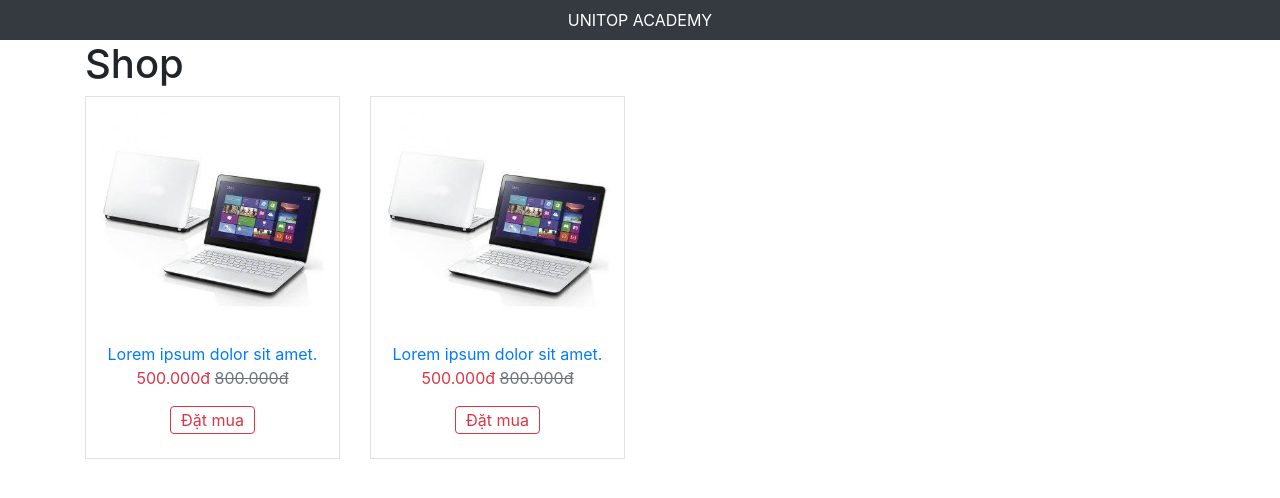
Repository: anhtu2110/front_end
Page: lesson/bootstrap/box/4.13.ex-box.html
These files come from the project's save history. The page is drawn as it stood at one moment and after the next save; the edit follows.
The browser window is 1280 px wide. The pictures show the whole page.

Above is the page before, as saved 2022-12-02 15:36:41.

### lesson/bootstrap/box/4.13.ex-box.html
<!DOCTYPE html>
<html lang="en">
  <head>
    <meta charset="UTF-8" />
    <meta http-equiv="X-UA-Compatible" content="IE=edge" />
    <meta name="viewport" content="width=device-width, initial-scale=1.0" />
    <link rel="stylesheet" href="./bootstrap/css/bootstrap.min.css" />
    <title>Hiển thị danh sách bài viết dạng lưới</title>
  </head>
  <body>
    <style>
      span.old_price {
        text-decoration: line-through;
      }
      button.ordered:hover {
        background: #dc3545 !important;
      }
      button.ordered:hover > a {
        color: white !important;
      }
    </style>
    <div id="wrapper">
      <div id="header" class="bg-dark">
        <div class="container">
          <div class="row">
            <div class="col-md-12 py-2 text-white text-center">
              UNITOP ACADEMY
            </div>
          </div>
        </div>
      </div>
      <!-- END HEADER  -->
      <div id="content">
        <div class="container">
          <div class="row">
            <div class="col-md-12">
              <h1>Shop</h1>
              <ul class="list_product list-unstyled">
                <div class="row">
                  <div class="col-md-3">
                    <li class="product_item text-center border p-2">
                      <a href="">
                        <img
                          class="img-fluid"
                          src="./images/product-1.jpg"
                          alt=""
                        />
                      </a>
                      <a href="">Lorem ipsum dolor sit amet.</a>
                      <p class="price text-danger">
                        500.000đ
                        <span class="old_price text-secondary text-decoratin"
                          >800.000đ</span
                        >
                      </p>
                      <button
                        class="ordered bg-white border-danger border rounded mb-3"
                      >
                        <a
                          href=""
                          class="px-1 py-2 text-decoration-none text-danger"
                          >Đặt mua</a
                        >
                      </button>
                    </li>
                  </div>
                  <div class="col-md-3">
                    <li class="product_item text-center border p-2">
                      <a href="">
                        <img
                          class="img-fluid"
                          src="./images/product-1.jpg"
                          alt=""
                        />
                      </a>
                      <a href="">Lorem ipsum dolor sit amet.</a>
                      <p class="price text-danger">
                        500.000đ
                        <span class="old_price text-secondary text-decoratin"
                          >800.000đ</span
                        >
                      </p>
                      <button
                        class="ordered bg-white border-danger border rounded mb-3"
                      >
                        <a
                          href=""
                          class="px-1 py-2 text-decoration-none text-danger"
                          >Đặt mua</a
                        >
                      </button>
                    </li>
                  </div>
                </div>
              </ul>
            </div>
          </div>
        </div>
      </div>
      <!-- END CONTENT  -->
    </div>
    <script src="js/jquery-3.6.1.min.js"></script>
    <script src="js/popper.min.js"></script>
    <script src="./bootstrap/js/bootstrap.min.js"></script>
  </body>
</html>

Loaded but not shown: lesson/bootstrap/box/bootstrap/css/bootstrap.min.css (library); lesson/bootstrap/box/js/jquery-3.6.1.min.js (library); lesson/bootstrap/box/js/popper.min.js (library); lesson/bootstrap/box/bootstrap/js/bootstrap.min.js (library)

After the next save:
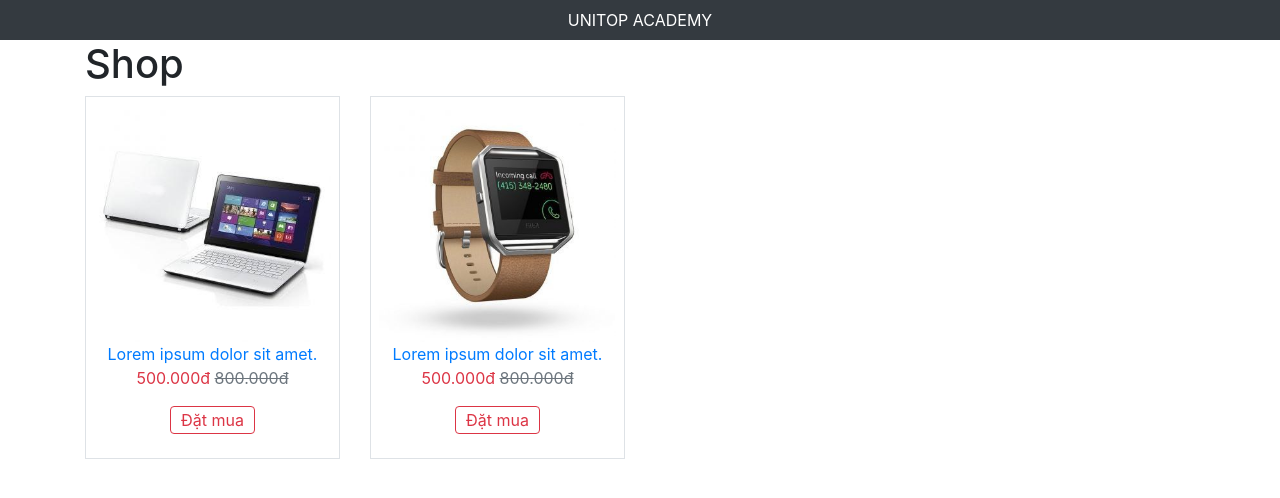
Saved 98 s later.
--- a/lesson/bootstrap/box/4.13.ex-box.html
+++ b/lesson/bootstrap/box/4.13.ex-box.html
@@ -69,7 +69,7 @@
                       <a href="">
                         <img
                           class="img-fluid"
-                          src="./images/product-1.jpg"
+                          src="./images/product-2.jpg"
                           alt=""
                         />
                       </a>
